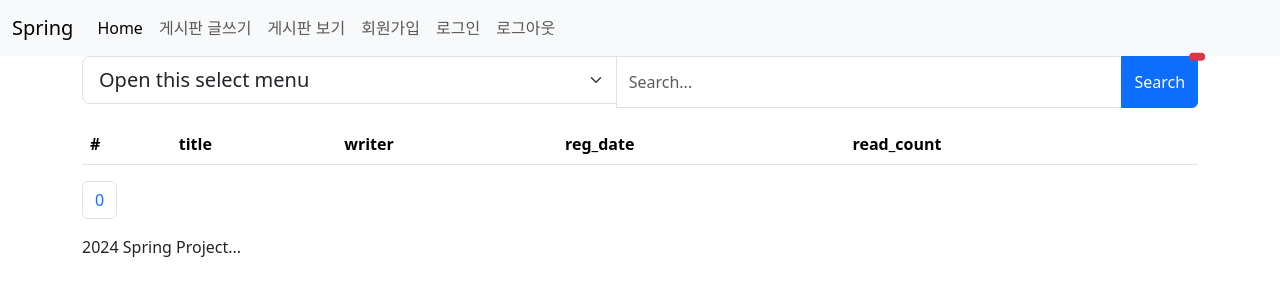
Repository: wanted2001/jsp_project
Page: http://localhost/spring_study/WEB-INF/views/board/list.jsp
An editor plug-in stored every save of this project. The page is shown before and after the next save, followed by the edit.
The browser window is 1280 px wide. The pictures show the whole page.
The page is served by Tomcat 9. Nobody is signed in. Other server files are loaded and not shown. The template is opened directly, without the code that normally fills it, so the values that code supplies are empty.

Above is the page before, as saved 2024-04-25 02:39:15.

### spring_study/src/main/webapp/WEB-INF/views/board/list.jsp
<%@ page language="java" contentType="text/html; charset=UTF-8"
	pageEncoding="UTF-8"%>
<%@taglib uri="http://java.sun.com/jsp/jstl/core" prefix="c"%>
<jsp:include page="../layout/header.jsp"></jsp:include>
<div class="container-md">
	<title>Board list page</title>
	<form action="">
		<div class="input-group mb-3">
			<select class="form-select form-select-lg mb-1"
				aria-label="Large select example" name = "type">
				<option selected>Open this select menu</option>
				<option value="1">One</option>
				<option value="2">Two</option>
				<option value="3">Three</option>
			</select>
			</button>
			<input type="text" class="form-control" placeholder="Search..."
				aria-label="Text input with dropdown button" name="keyword"/>
			<button type="button" class="btn btn-primary position-relative">
				Search <span
					class="position-absolute top-0 start-100 translate-middle badge rounded-pill bg-danger">
					${ph.totalCount} <span class="visually-hidden">unread messages</span>
				</span>
			</button>
		</div>
	</form>
	<table class="table table-hover">
		<thead>
			<tr>
				<th>#</th>
				<th>title</th>
				<th>writer</th>
				<th>reg_date</th>
				<th>read_count</th>
			</tr>
		</thead>
		<tbody>
			<c:forEach items="${list}" var="list">
				<tr>
					<td>${list.bno}</td>
					<td><a href="/board/detail?bno=${list.bno}">${list.title}</a></td>
					<td>${list.writer}</td>
					<td>${list.reg_date}</td>
					<td>${list.read_count}</td>
				</tr>
			</c:forEach>
		</tbody>
	</table>
	<nav aria-label="Page navigation example">
		<ul class="pagination">
			<!-- 이전 -->
			<c:if test="${ph.prev }">
				<li class="page-item"><a class="page-link"
					href="/board/list?pageNo=${ph.startPage-1 }&qty=${ph.pgvo.qty}"
					aria-label="Previous"> <span aria-hidden="true">&laquo;</span>
				</a></li>
			</c:if>
			<c:forEach begin="${ph.startPage}" end="${ph.endPage}" var="i">
				<li class="page-item"><a class="page-link"
					href="/board/list?pageNo=${i}&qty=${ph.pgvo.qty}">${i}</a></li>
			</c:forEach>
			<!-- 다음  -->
			<c:if test="${ph.next }">
				<li class="page-item"><a class="page-link"
					href="/board/list?pageNo=${ph.endPage+1 }&qty=${ph.pgvo.qty}"
					aria-label="Next"> <span aria-hidden="true">&raquo;</span>
				</a></li>
			</c:if>
		</ul>
	</nav>
</div>

<jsp:include page="../layout/footer.jsp"></jsp:include>

### spring_study/src/main/webapp/WEB-INF/views/layout/header.jsp
<%@ page language="java" contentType="text/html; charset=UTF-8"
    pageEncoding="UTF-8"%>
<!DOCTYPE html>
<html>
<head>
<meta charset="UTF-8">
<title>header.jsp</title>
<link href="https://cdn.jsdelivr.net/npm/bootstrap@5.3.3/dist/css/bootstrap.min.css" rel="stylesheet" integrity="sha384-QWTKZyjpPEjISv5WaRU9OFeRpok6YctnYmDr5pNlyT2bRjXh0JMhjY6hW+ALEwIH" crossorigin="anonymous">
<script src="https://cdn.jsdelivr.net/npm/bootstrap@5.3.3/dist/js/bootstrap.bundle.min.js" integrity="sha384-YvpcrYf0tY3lHB60NNkmXc5s9fDVZLESaAA55NDzOxhy9GkcIdslK1eN7N6jIeHz" crossorigin="anonymous"></script>
</head>
<body>
<nav class="navbar navbar-expand-lg bg-body-tertiary">
  <div class="container-fluid">
    <a class="navbar-brand" href="#">Spring</a>
    <button class="navbar-toggler" type="button" data-bs-toggle="collapse" data-bs-target="#navbarSupportedContent" aria-controls="navbarSupportedContent" aria-expanded="false" aria-label="Toggle navigation">
      <span class="navbar-toggler-icon"></span>
    </button>
    <div class="collapse navbar-collapse" id="navbarSupportedContent">
      <ul class="navbar-nav me-auto mb-2 mb-lg-0">
        <li class="nav-item">
          <a class="nav-link active" aria-current="page" href="/">Home</a>
        </li>
        <li class="nav-item">
          <a class="nav-link" href="/board/register">게시판 글쓰기</a>
        </li>
        <li class="nav-item">
          <a class="nav-link" href="/board/list">게시판 보기</a>
        </li>
        <li class="nav-item">
          <a class="nav-link" href="#">회원가입</a>
        </li>
        <li class="nav-item">
          <a class="nav-link" href="#">로그인</a>
        </li>
        <li class="nav-item">
          <a class="nav-link" href="#">로그아웃</a>
        </li>
  	  </ul>
    </div>
  </div>
</nav>

### spring_study/src/main/webapp/WEB-INF/views/layout/footer.jsp
<%@ page language="java" contentType="text/html; charset=UTF-8"
    pageEncoding="UTF-8"%>
<div class="container-md">
	2024 Spring Project...
</div>

</body>
</html>

After the next save:
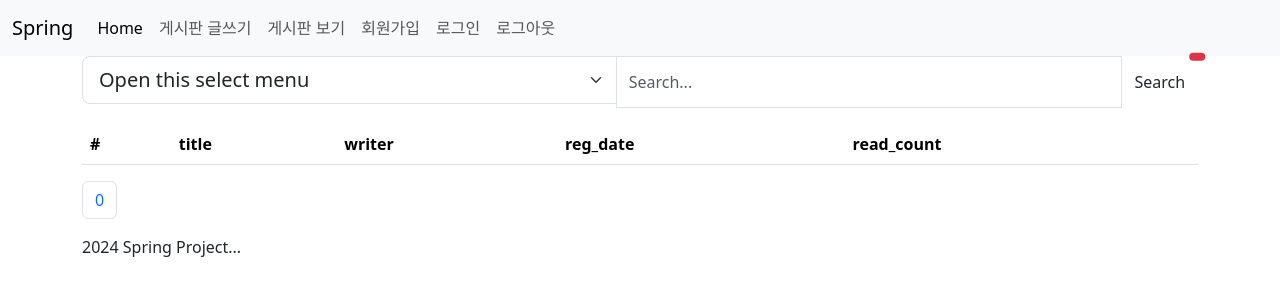
Saved 34 s later.
--- a/spring_study/src/main/webapp/WEB-INF/views/board/list.jsp
+++ b/spring_study/src/main/webapp/WEB-INF/views/board/list.jsp
@@ -16,7 +16,7 @@
 			</button>
 			<input type="text" class="form-control" placeholder="Search..."
 				aria-label="Text input with dropdown button" name="keyword"/>
-			<button type="button" class="btn btn-primary position-relative">
+			<button type="button" class="btn btn---bs-success-bg-subtle position-relative">
 				Search <span
 					class="position-absolute top-0 start-100 translate-middle badge rounded-pill bg-danger">
 					${ph.totalCount} <span class="visually-hidden">unread messages</span>
